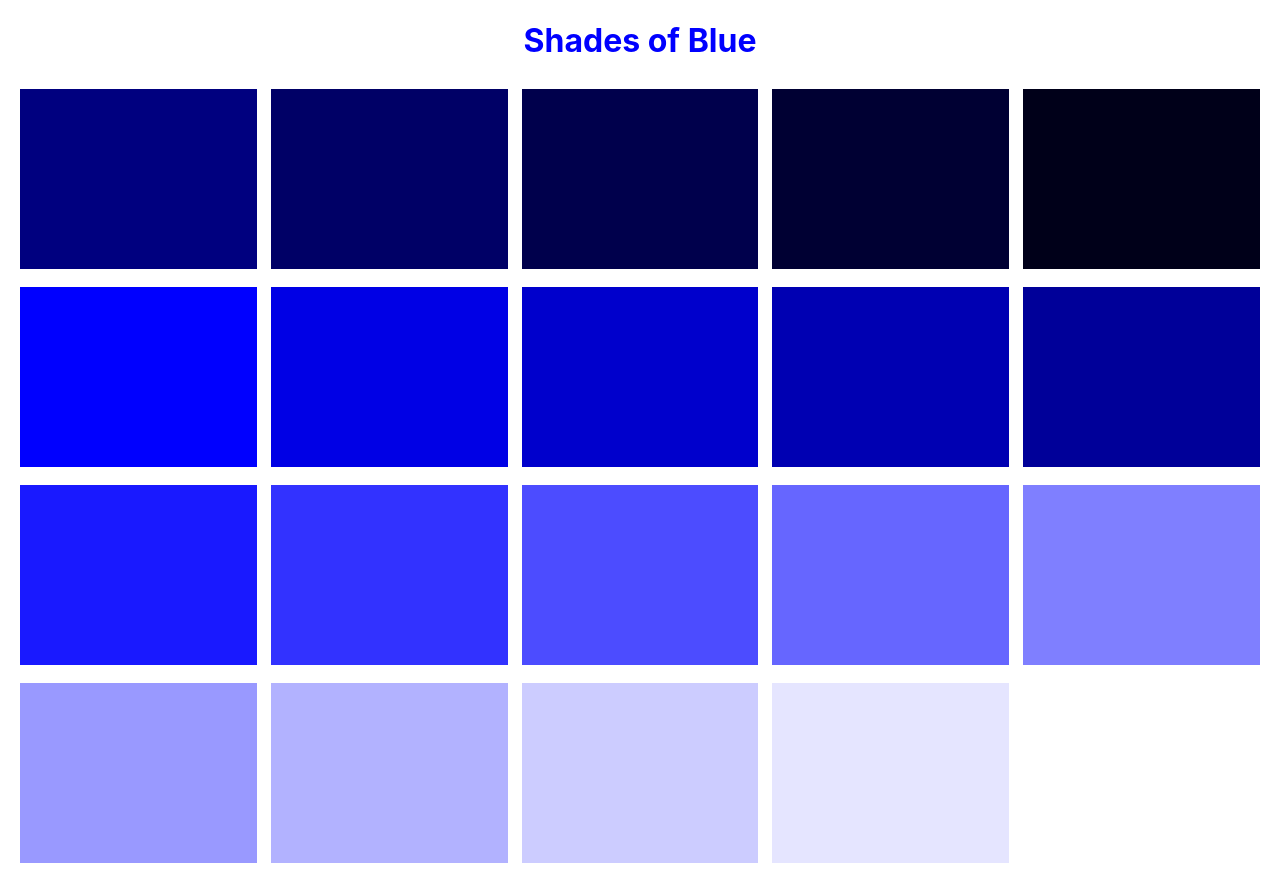
Repository: johnmutina/shades_of_blue
Page: /
The author's editor kept a copy of each file at every save. The page is drawn from the files as they stood at one save, then again after the next save.
The browser window is 1280 px wide. The pictures show the whole page.
The project was rebuilt for these pictures with package versions that can differ from the ones it lists, and the page was loaded fresh each time.

Above is the page before, as saved 2019-06-22 15:17:25.

After the next save:
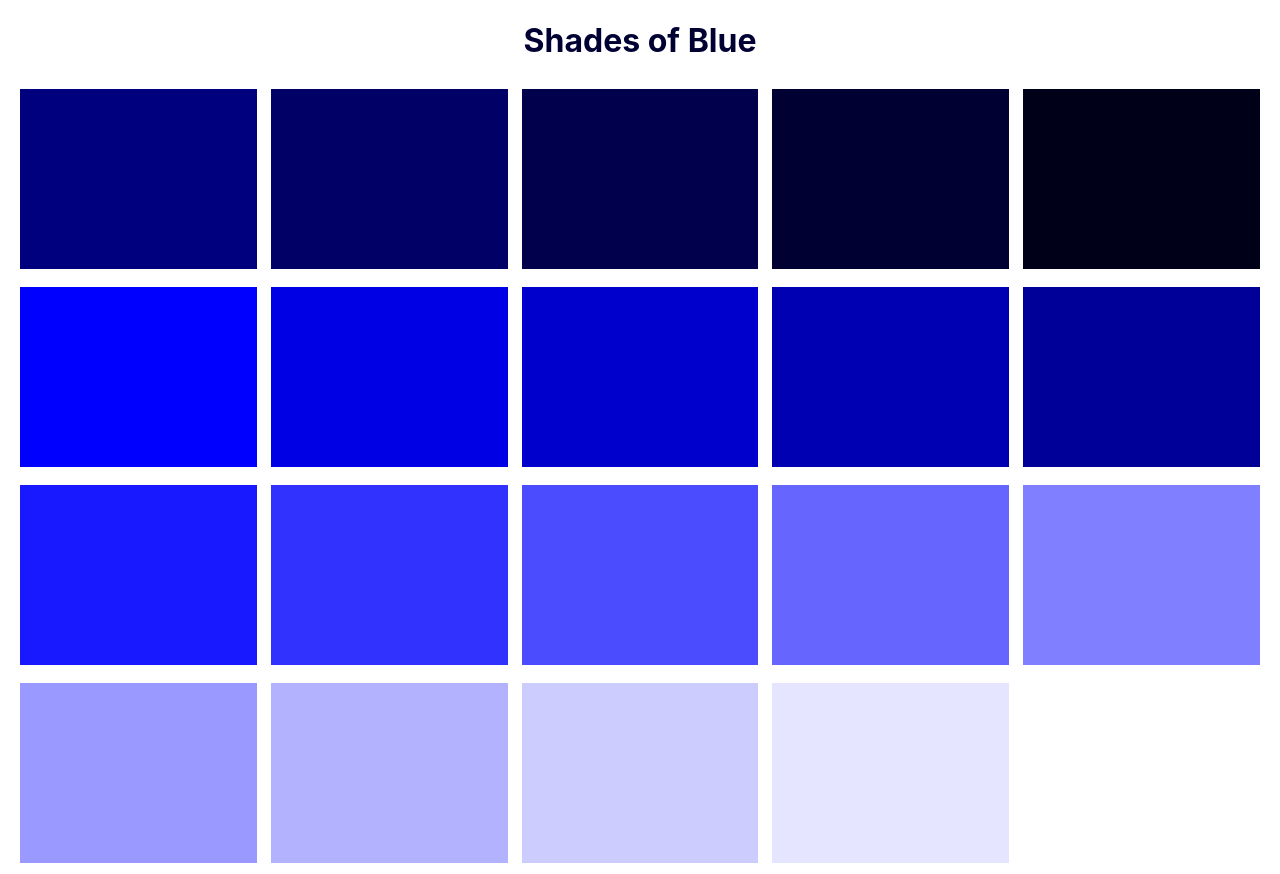
Saved 12 s later.
--- a/src/ColorBoxes.css
+++ b/src/ColorBoxes.css
@@ -1,3 +1,3 @@
 .ColorBoxes-title {
-    color: blue;
+    color: #000033;
 }

After the save that followed:
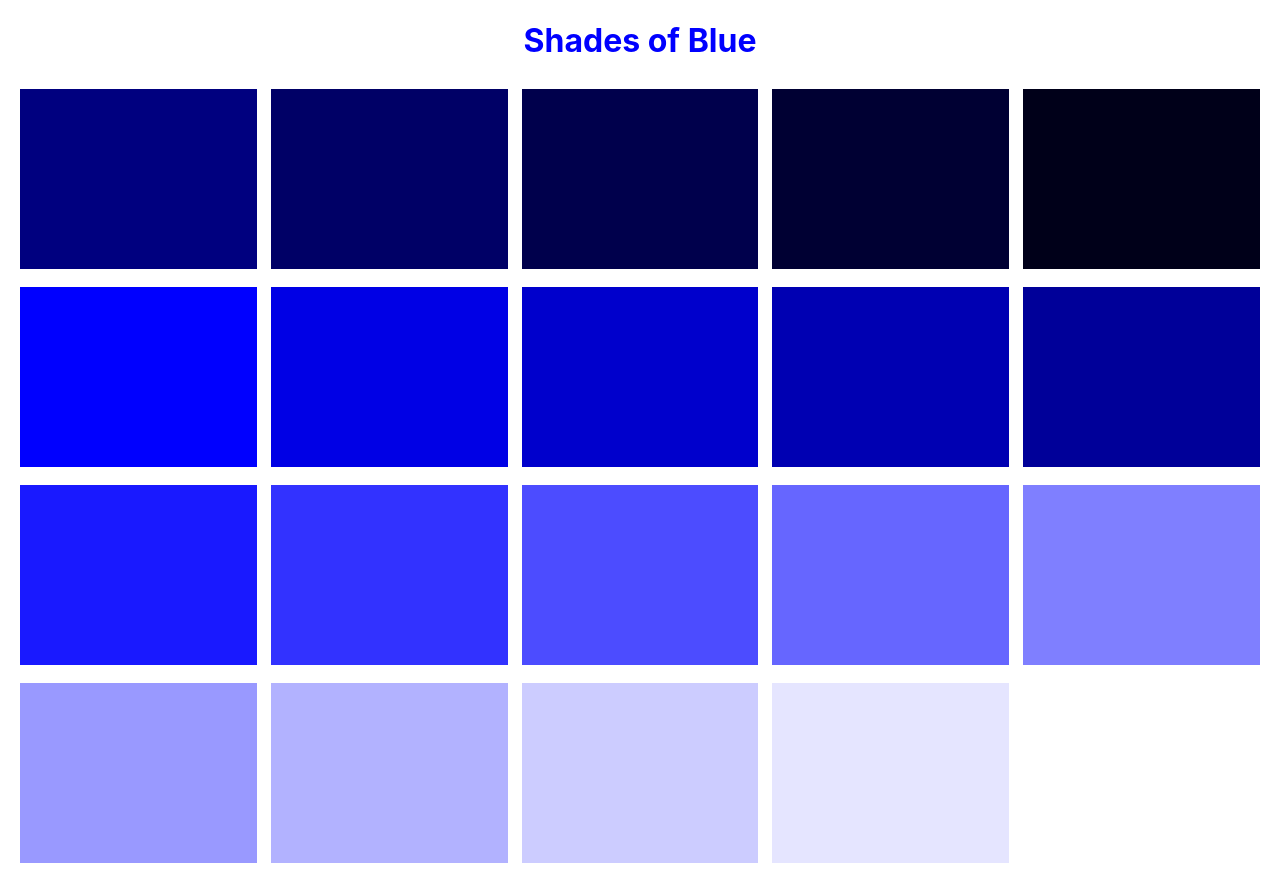
Saved 9 s later.
--- a/src/ColorBoxes.css
+++ b/src/ColorBoxes.css
@@ -1,3 +1,3 @@
 .ColorBoxes-title {
-    color: #000033;
+    color: #0000ff;
 }
